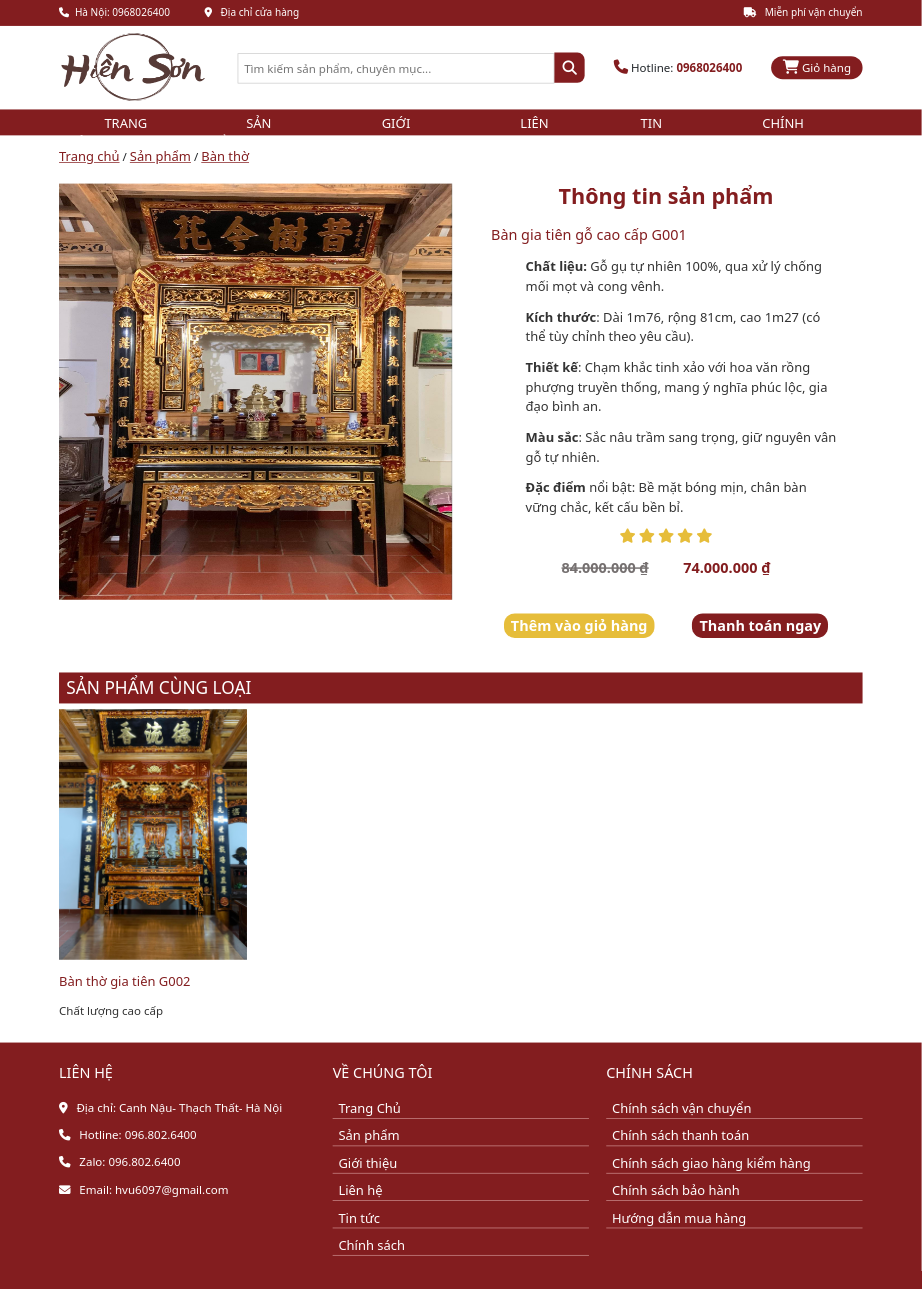
Repository: hoang28092000/do_go_hien_son
Page: product_details/ban_tho-g001.html
These files come from the project's save history. The page is drawn as it stood at one moment and after the next save; the edit follows.
The browser window is 1280 px wide. The pictures show the whole page, at 72% of full size.
Some web libraries are served in a nearby version.

Above is the page before, as saved 2024-08-10 20:57:33.

After the next save:
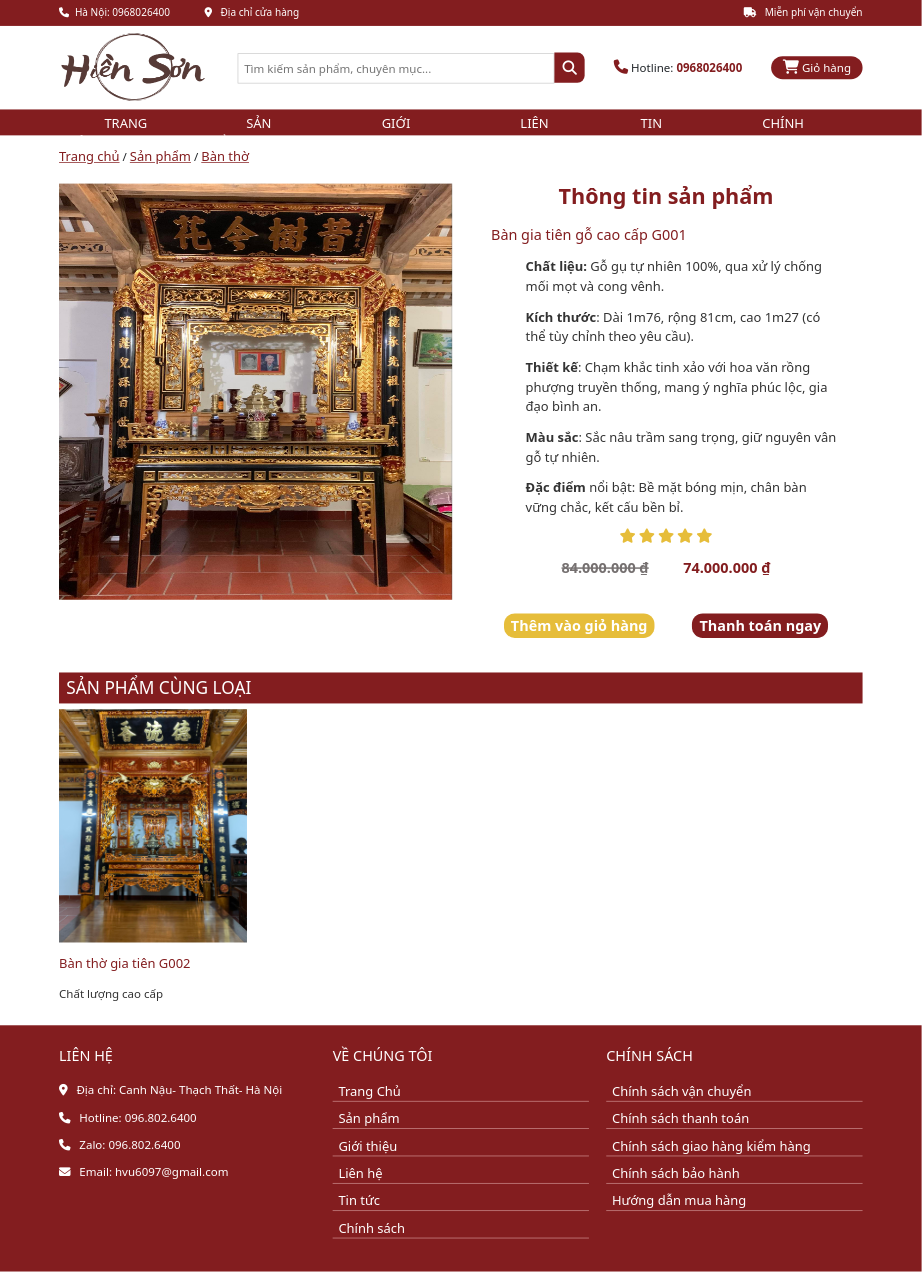
Saved 25 s later.
--- a/asset/style.css
+++ b/asset/style.css
@@ -536,7 +536,7 @@
  .main-product_details .card-pd{
     border-radius: 1px solid #ccc;
  }
- .main-product_details .card-pd .img-realte{
+ .main-product_details .card-pd .img-relate{
     height: 324px
  }
  .main-product_details .a-link_pd .card-pd .name-product_r{
